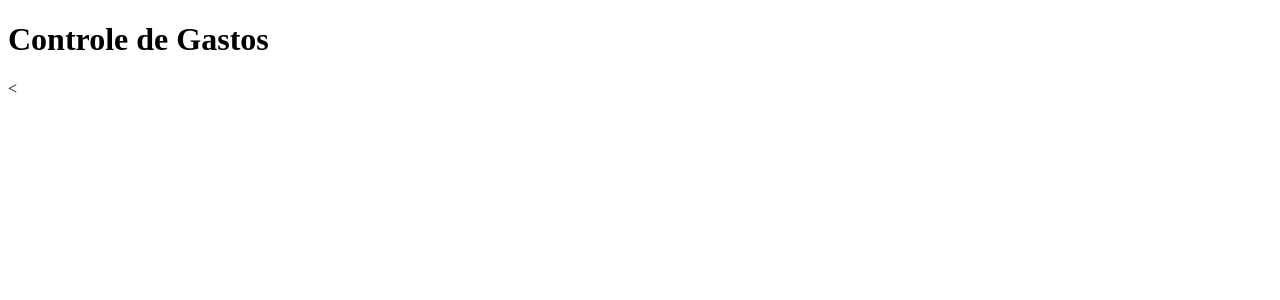
Repository: MarcioFreitasUFSC21/FrontEnd-part-1
Page: index.html
These files come from the project's save history. The page is drawn as it stood at one moment and after a run of saves; the edit follows.
The browser window is 1280 px wide. The pictures show the whole page.

Above is the page before, as saved 2023-04-22 18:52:52.

After the next 3 saves:
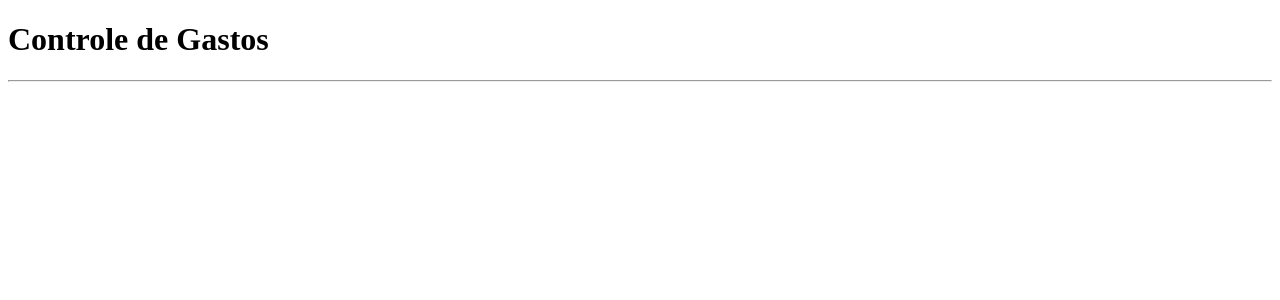
The 3 saves are shown as one change because they came seconds apart.
The last was saved 7 s later.
--- a/index.html
+++ b/index.html
@@ -8,7 +8,8 @@
 </head>
 <body>
     <h1> Controle de Gastos</h1>
-    <
+    <hr>
+
 
 </body>
 </html>
